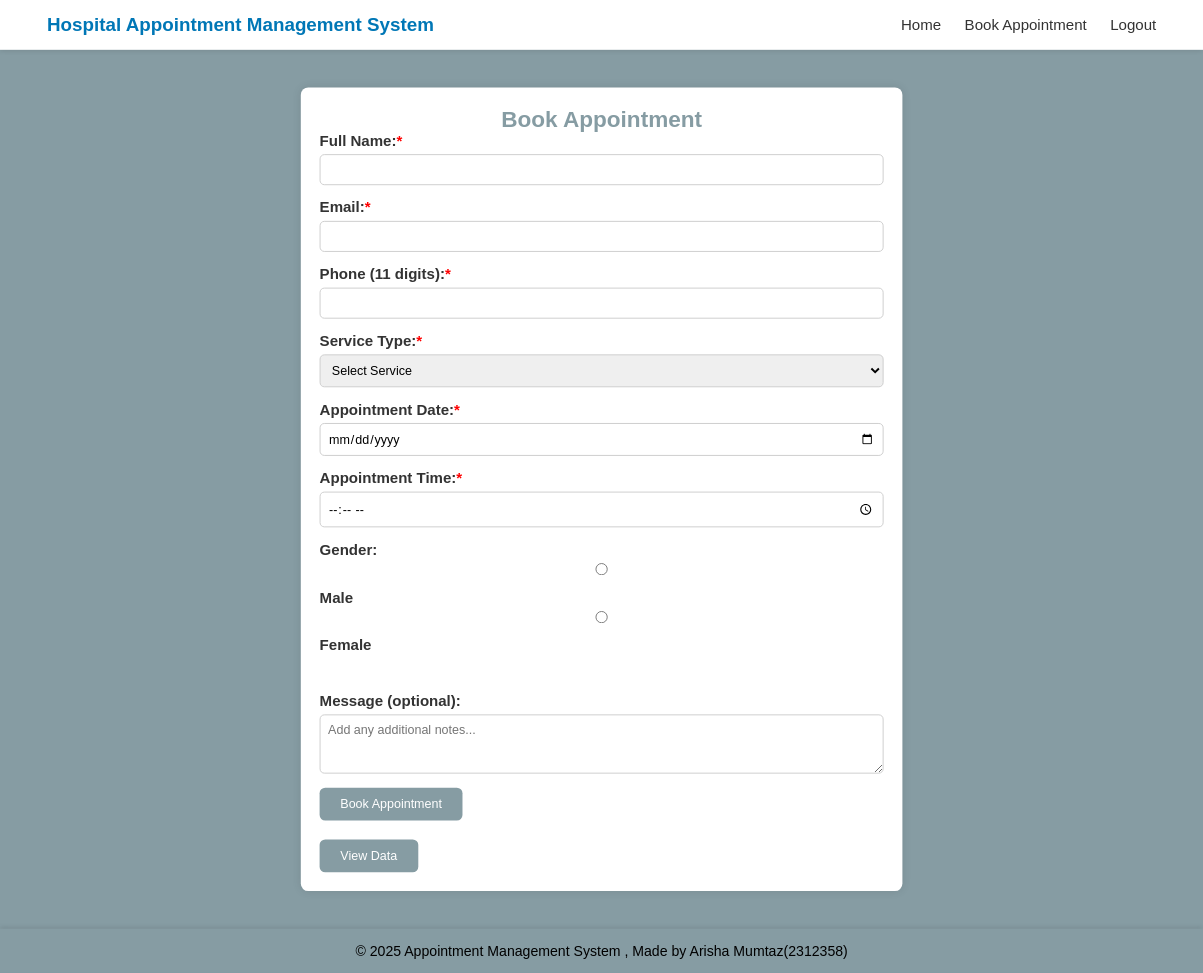
Repository: Arisha004/Hospital-appointment-management-system-
Page: http://localhost/
The author's editor kept a copy of each file at every save. The page is drawn from the files as they stood at one save, then again after the next save.
The browser window is 1280 px wide. The pictures show the whole page, at 94% of full size.
The page is run by PHP 8.4 with error messages shown; the project is at /var/www/html/.

Above is the page before, as saved 2025-11-16 14:41:24.

After the next save:
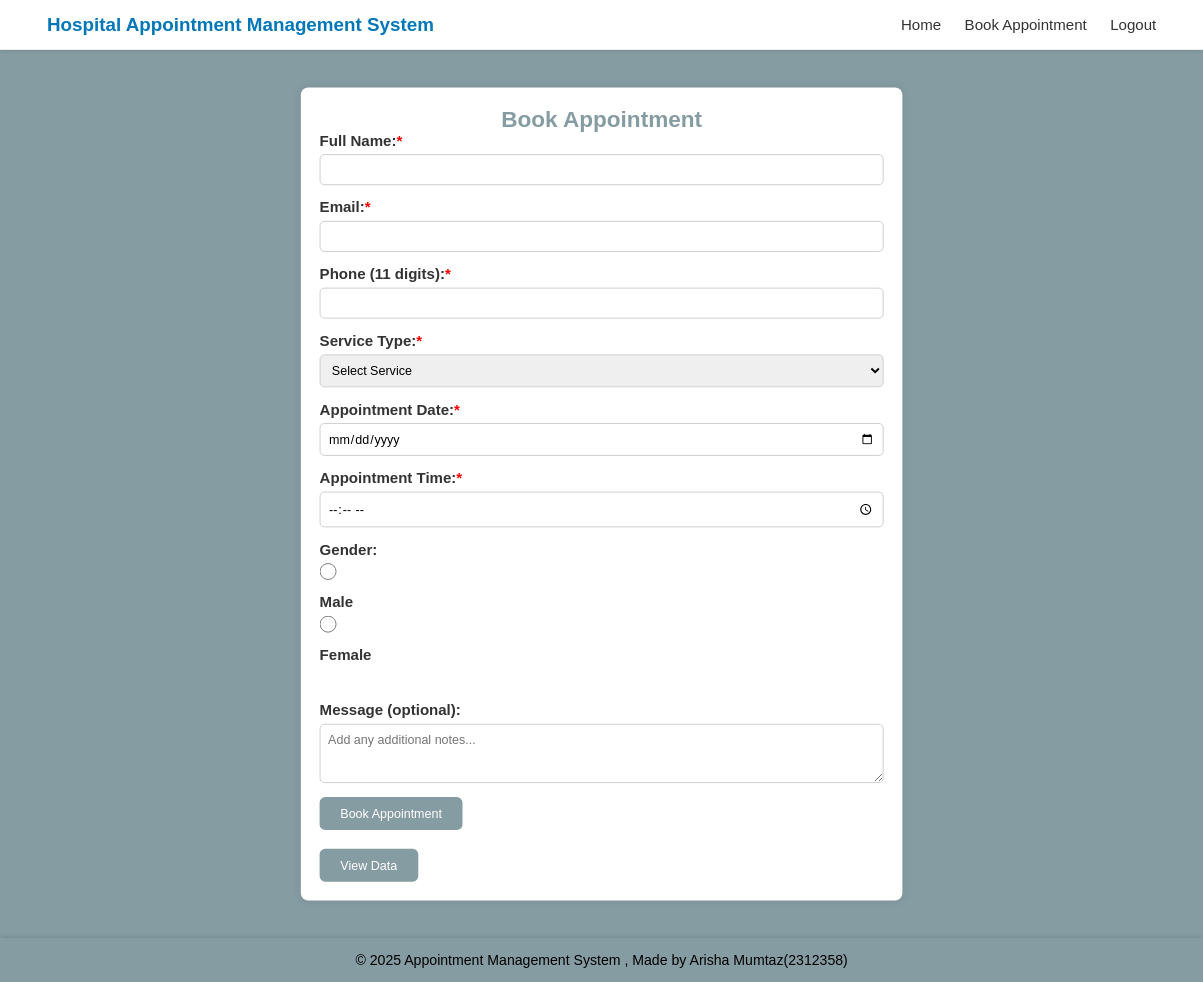
Saved 4 s later.
--- a/style2.css
+++ b/style2.css
@@ -5,7 +5,19 @@
   box-sizing: border-box;
   font-family: 'Poppins', sans-serif;
 }
-
+  input[type='radio'] {
+    width: 18px;
+    height: 18px;
+    accent-color: #2196F3;
+    margin-right: 8px;
+    cursor: pointer;
+  }
+  label {
+    font-family: Arial, sans-serif;
+    font-size: 16px;
+    margin-right: 15px;
+    cursor: pointer;
+  }
 body {
   background: #869CA3;
   color: #333;
